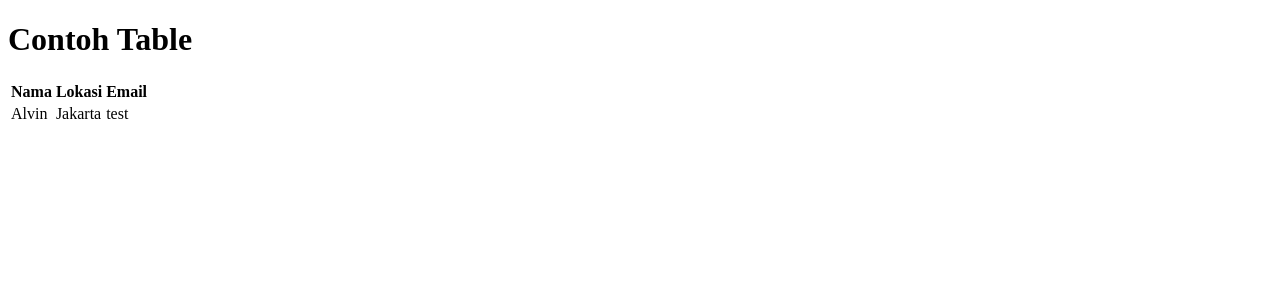
Repository: esramrsln/day2_RevoU
Page: table.html
These files come from the project's save history. The page is drawn as it stood at one moment and after the next save; the edit follows.
The browser window is 1280 px wide. The pictures show the whole page.

Above is the page before, as saved 2024-07-23 19:39:53.

### table.html
<!DOCTYPE html>
<html>
<head>
    <meta charset="UTF-8" />
    <title>Membuat Table </title>
    <style>
        table, th, td {
            border: lpx solid black;
        }
    </style>
</head>
<body>
    <h1>Contoh Table</h1>
    <table>
        <tr>
            <th>Nama</th>
            <th>Lokasi</th>
            <th>Email</th>
        </tr>
        <tr>
            <td>Alvin</td>
            <td>Jakarta</td>
            <td>test</td>
        </tr>
    </table>
</body>
</html>

After the next save:
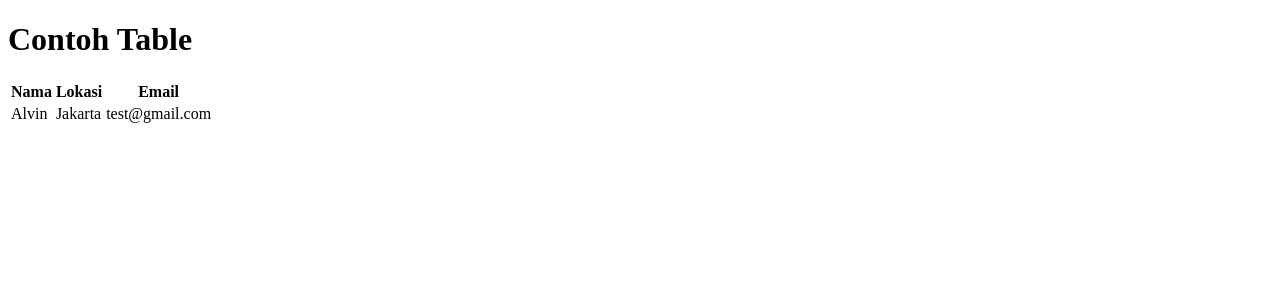
Saved 6 s later.
--- a/table.html
+++ b/table.html
@@ -20,7 +20,7 @@
         <tr>
             <td>Alvin</td>
             <td>Jakarta</td>
-            <td>test</td>
+            <td>test@gmail.com</td>
         </tr>
     </table>
 </body>
